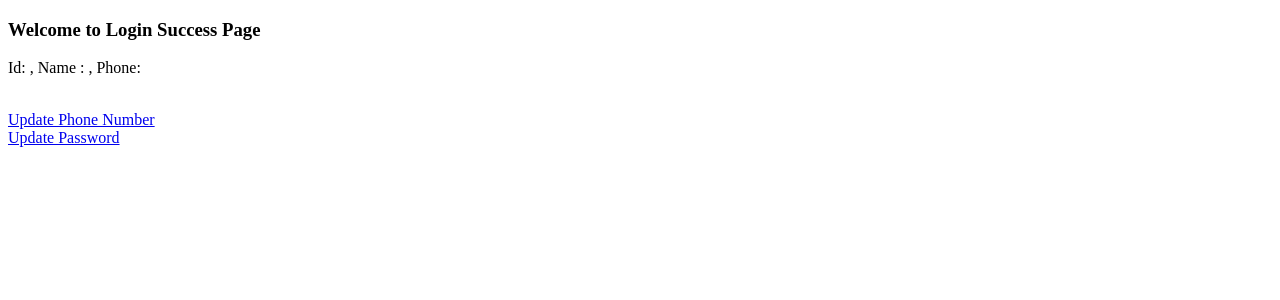
Repository: abkc727/handson-assignments
Page: http://localhost/contact-app/loginsuccess.jsp
The author's editor kept a copy of each file at every save. The page is drawn from the files as they stood at one save, then again after the next save.
The browser window is 1280 px wide. The pictures show the whole page.
The page is served by Tomcat 9.

Above is the page before, as saved 2020-10-01 06:24:53.

After the next save:
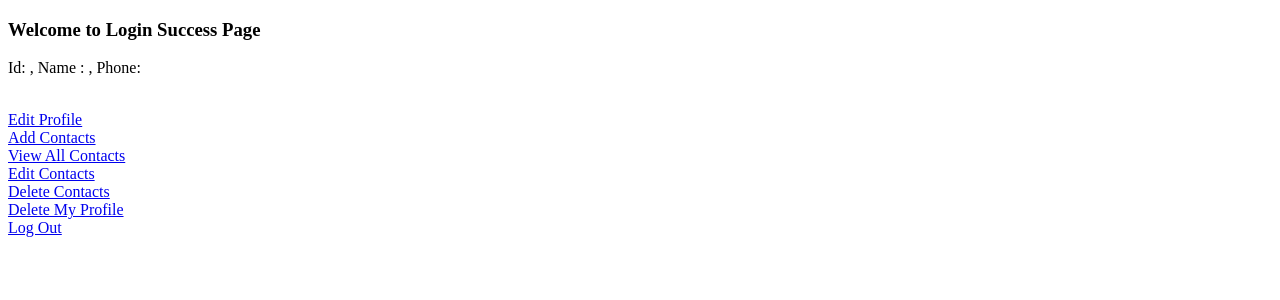
Saved 7 min 30 s later.
--- a/Day 13 - CONTACT-APP/contact-app/WebContent/loginsuccess.jsp
+++ b/Day 13 - CONTACT-APP/contact-app/WebContent/loginsuccess.jsp
@@ -10,8 +10,12 @@
 	<h3>Welcome to Login Success Page</h3>
 	<p>Id: ${userKey.userId}, Name : ${userKey.name}, Phone: ${userKey.phone}</p>
 	<br />
-	<a href = "updatephone.html">Update Phone Number</a><br />
-	<a href = "updatepassword.html">Update Password</a>
-
+	<a href = "editprofile.jspl">Edit Profile</a><br />
+	<a href = "addcontacts.jsp">Add Contacts</a><br />
+	<a href = "viewallcontacts.jsp">View All Contacts</a><br />
+	<a href = "editcontacts.jsp">Edit Contacts</a><br />
+	<a href = "deletecontacts.jsp">Delete Contacts</a><br />
+	<a href = "deleteprofile.jsp">Delete My Profile</a><br />
+	<a href = "logout.jsp">Log Out</a>
 </body>
 </html>
